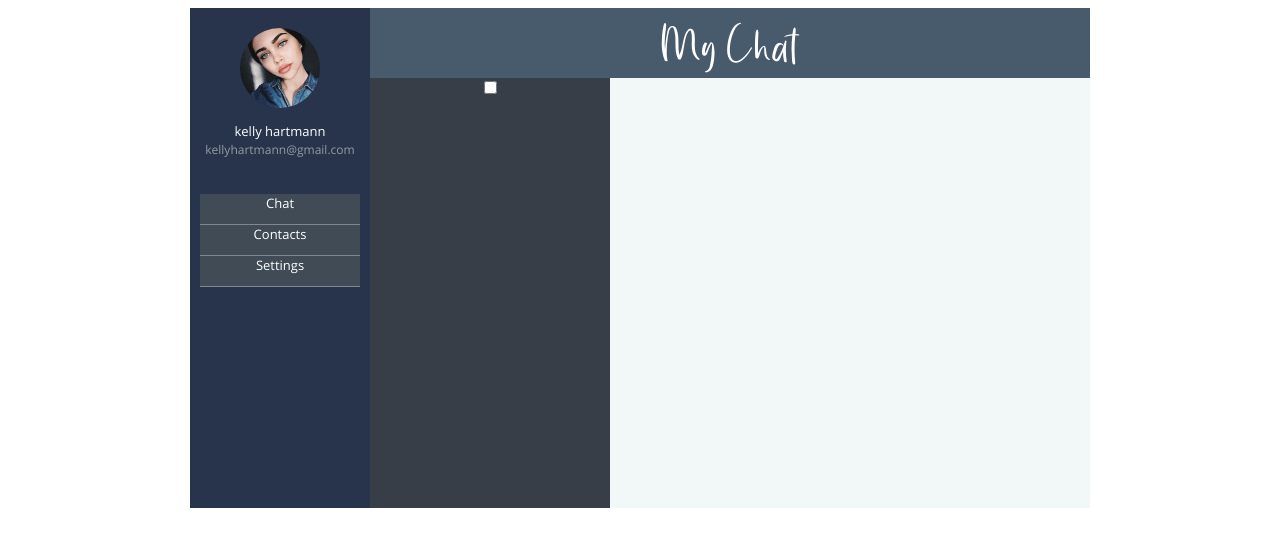
Repository: chathura226/SeekWork_Group_Project_I
Page: http://localhost/
The author's editor kept a copy of each file at every save. The page is drawn from the files as they stood at one save, then again after the next save.
The browser window is 1280 px wide. The pictures show the whole page.
The page is run by PHP 8.4 with error messages shown; the project is at /var/www/html/.

Above is the page before, as saved 2023-12-02 14:13:03.

After the next save:
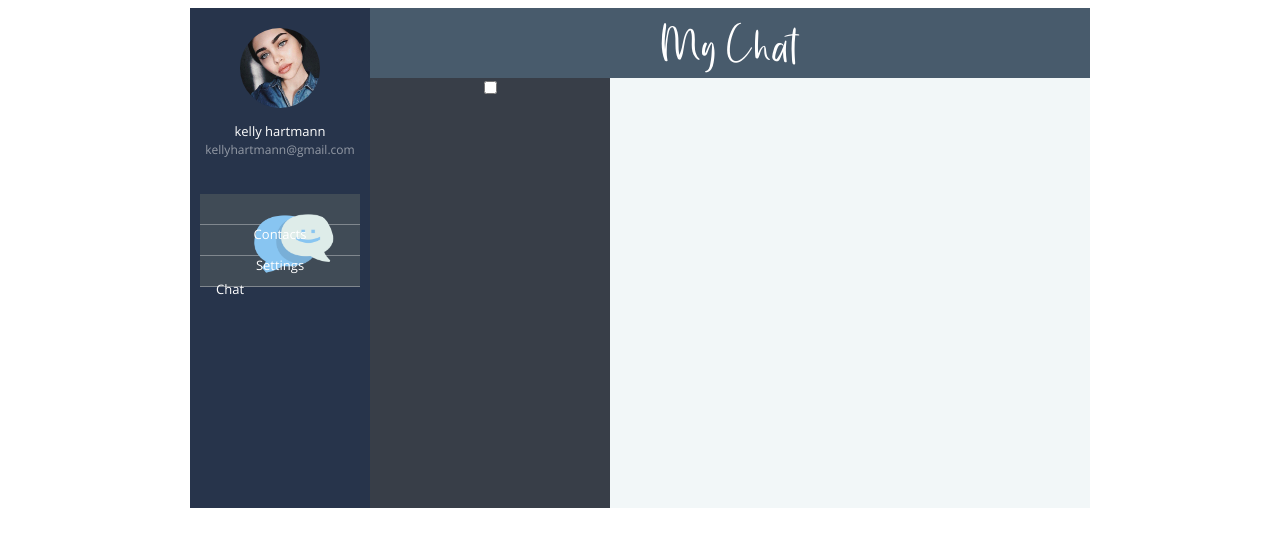
Saved 2 min 12 s later.
--- a/chat/index.php
+++ b/chat/index.php
@@ -112,7 +112,7 @@
                     <br>
                     <br>
                     <div>
-                        <label for ="box">Chat</label>
+                        <label for ="box">Chat<img src="ui/icons/chat.png"></label>
                         <label>Contacts</label>
                         <label>Settings</label>
                     </div>
